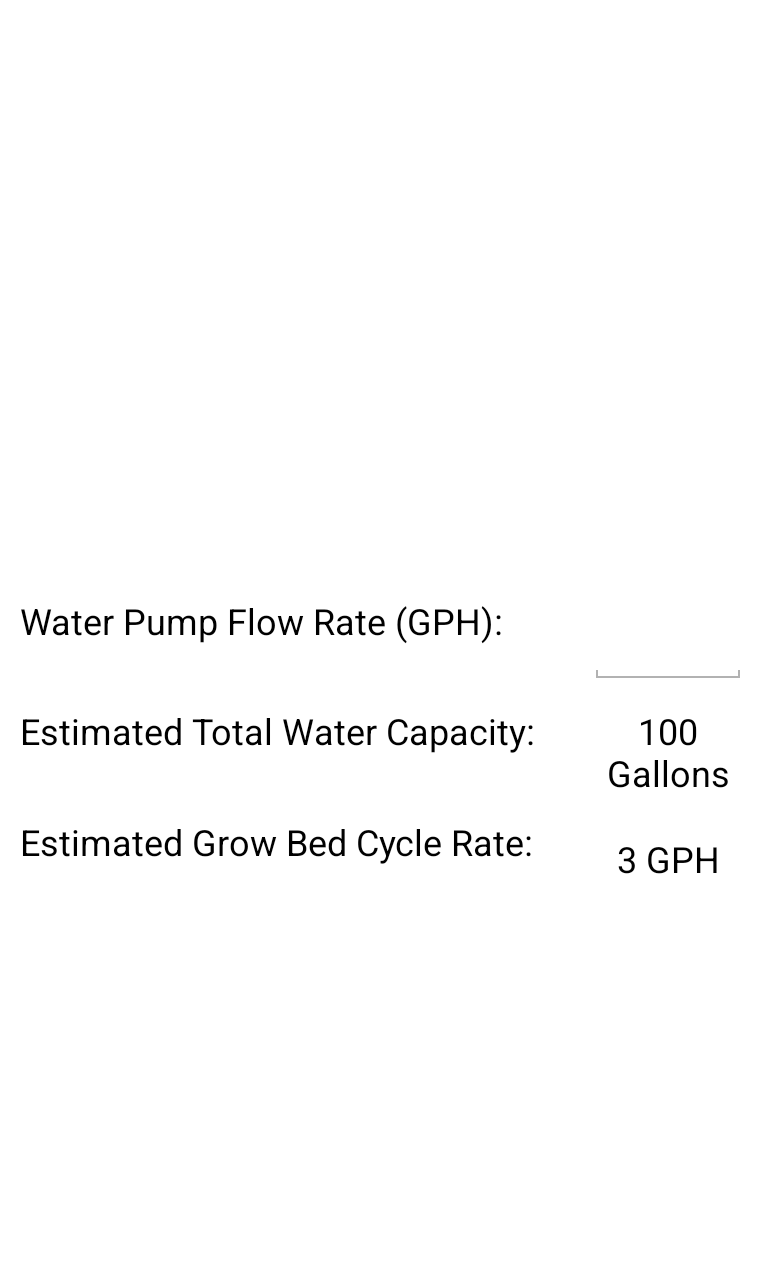
Repository: laurenelder/APD2_1411_Aqua-pHarm
Layout: AquaPHarm/res/layout/activity_main.xml
An editor plug-in stored every save of this project. The layout is shown before and after the next save, followed by the edit.
It is drawn on a 768 x 1280 px phone screen (xhdpi) without system bars, with theme AppTheme; the app's code is not run. Lists and similar views that code fills are empty.

Above is the layout before, as saved 2014-11-07 02:22:04.

After the next save:
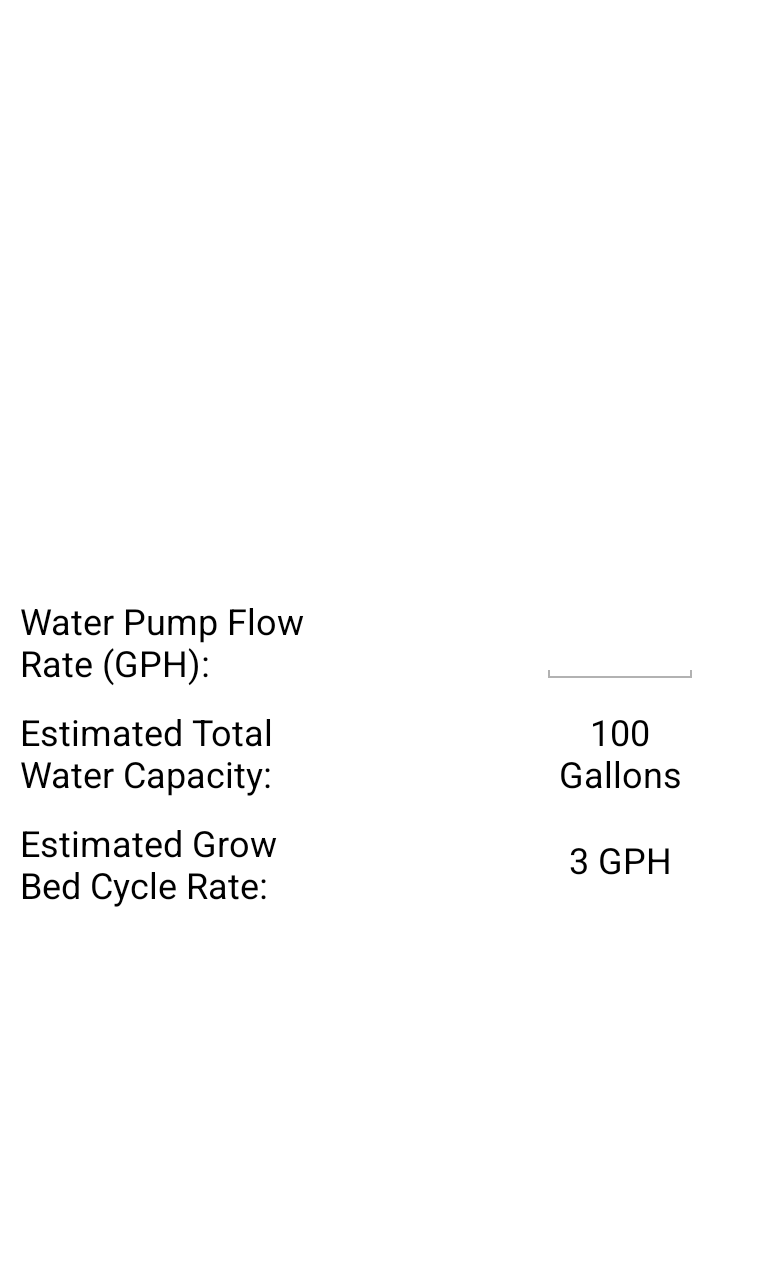
Saved 55 s later.
--- a/AquaPHarm/res/layout/activity_main.xml
+++ b/AquaPHarm/res/layout/activity_main.xml
@@ -19,9 +19,8 @@
         android:layout_marginRight="10dp" >
 
         <TextView
-            android:layout_width="100dp"
+            android:layout_width="150dp"
             android:layout_height="wrap_content"
-            android:layout_weight="1"
             android:text="@string/water_rate_label"
             android:textAppearance="?android:attr/textAppearanceMedium"
             android:layout_gravity="left" />
@@ -30,7 +29,7 @@
             android:id="@+id/waterInput"
             android:layout_width="80dp"
             android:layout_height="45dp"
-            android:layout_weight="0"
+            android:layout_marginLeft="110dp"
             android:inputType="number"
             android:gravity="center"
             android:layout_gravity="right" />
@@ -46,10 +45,8 @@
         android:layout_marginRight="10dp" >
 
         <TextView
-            android:layout_width="100dp"
+            android:layout_width="150dp"
             android:layout_height="wrap_content"
-            android:layout_marginTop="20dp"
-            android:layout_weight="1"
             android:text="@string/water_capacity_label"
             android:textAppearance="?android:attr/textAppearanceMedium"
             android:layout_gravity="left" />
@@ -58,7 +55,7 @@
             android:id="@+id/waterOutput"
             android:layout_width="80dp"
             android:layout_height="wrap_content"
-            android:layout_weight="0"
+            android:layout_marginLeft="110dp"
             android:text="100 Gallons"
             android:textAppearance="?android:attr/textAppearanceMedium"
             android:gravity="center"
@@ -75,9 +72,8 @@
         android:layout_marginRight="10dp" >
 
         <TextView
-            android:layout_width="100dp"
+            android:layout_width="150dp"
             android:layout_height="wrap_content"
-            android:layout_weight="1"
             android:text="@string/bed_rate_label"
             android:textAppearance="?android:attr/textAppearanceMedium"
             android:layout_gravity="left" />
@@ -86,7 +82,7 @@
             android:id="@+id/bedOutput"
             android:layout_width="80dp"
             android:layout_height="42dp"
-            android:layout_weight="0"
+            android:layout_marginLeft="110dp"
             android:text="3 GPH"
             android:textAppearance="?android:attr/textAppearanceMedium"
             android:gravity="center"
